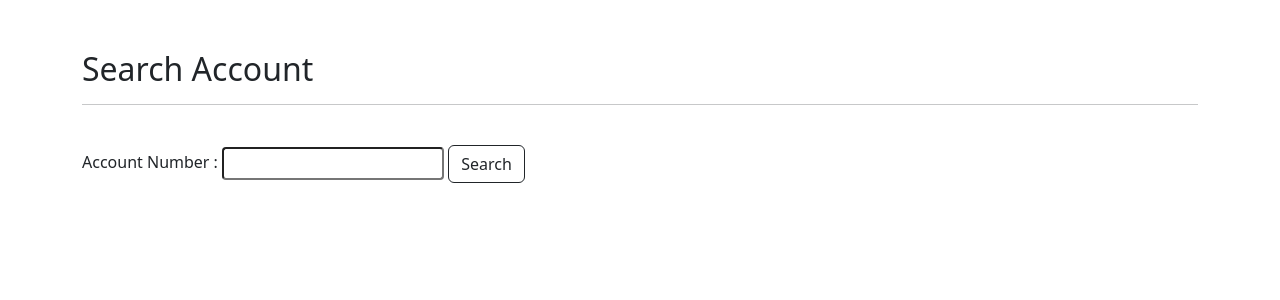
Repository: Kapil-06/My-Java-Projects
Page: AJAX Module/src/main/webapp/SearchAccountUsingAjax.html
The author's editor kept a copy of each file at every save. The page is drawn from the files as they stood at one save, then again after the next save.
The browser window is 1280 px wide. The pictures show the whole page.

Above is the page before, as saved 2023-06-12 05:35:11.

After the next save:
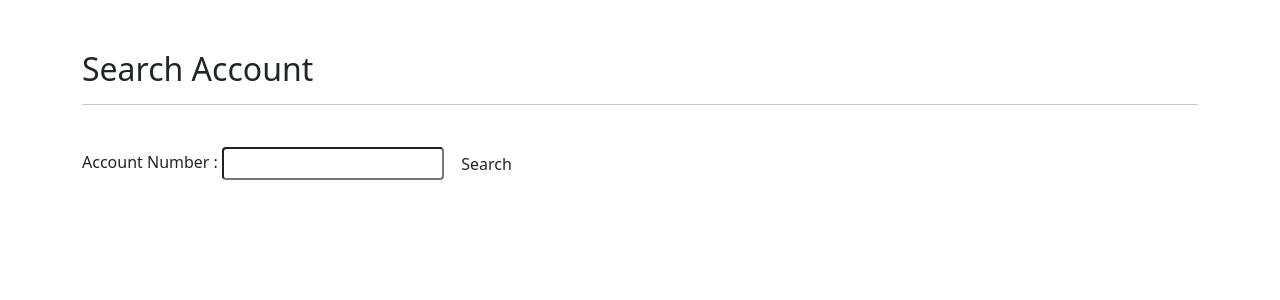
Saved 38 s later.
--- a/AJAX Module/src/main/webapp/SearchAccountUsingAjax.html
+++ b/AJAX Module/src/main/webapp/SearchAccountUsingAjax.html
@@ -42,7 +42,7 @@
         <form name="frm">
             Account Number :
             <input type="number" name="accno" class="form-control-sm">
-            <input type="button" value="Search" class="btn btn-outline-dark" onclick="makeGetRequest()">
+            <input type="button" value="Search" class="btn btn-outline-dark-sm" onclick="makeGetRequest()">
         </form>
         <br>
 		<div class="container" style="margin-left: 30px;" id="res"></div>
